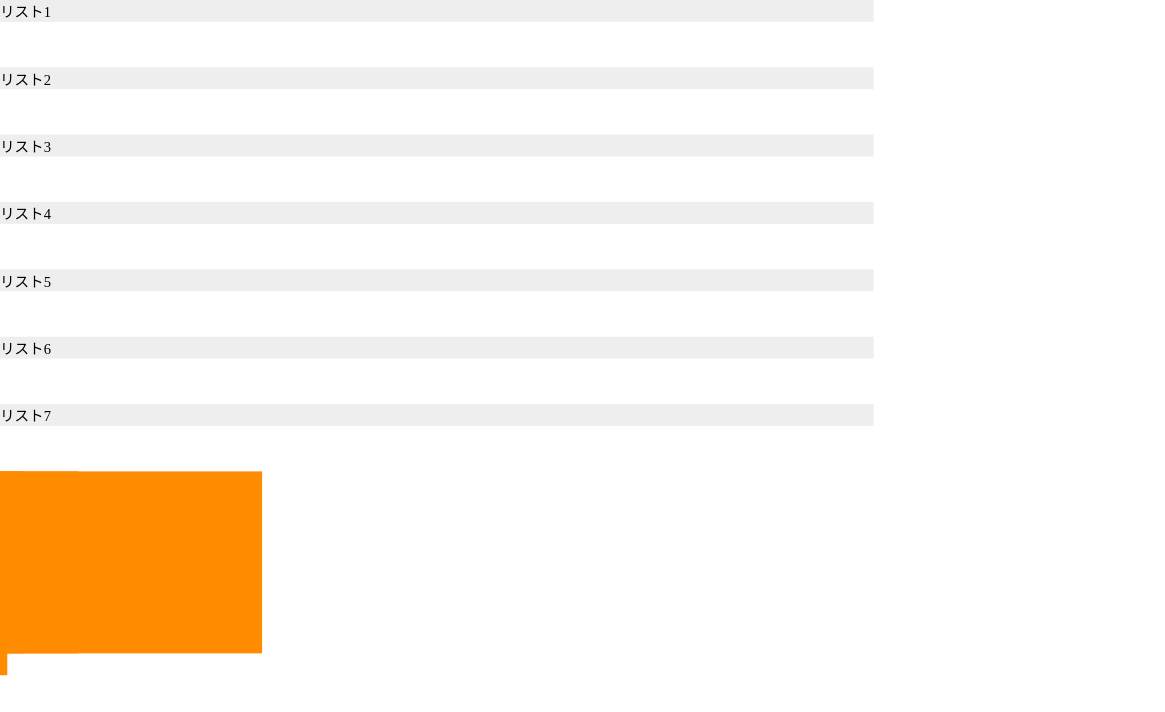
Repository: ayakodesu/html-practice
Page: chapter8_exercise/chapter8.html
The author's editor kept a record of every edit. The page is drawn from the files as they stood at one moment, then again after the next edit.
The browser window is 1280 px wide. The pictures show the whole page, at 91% of full size.

Above is the page before.

After the next edit:
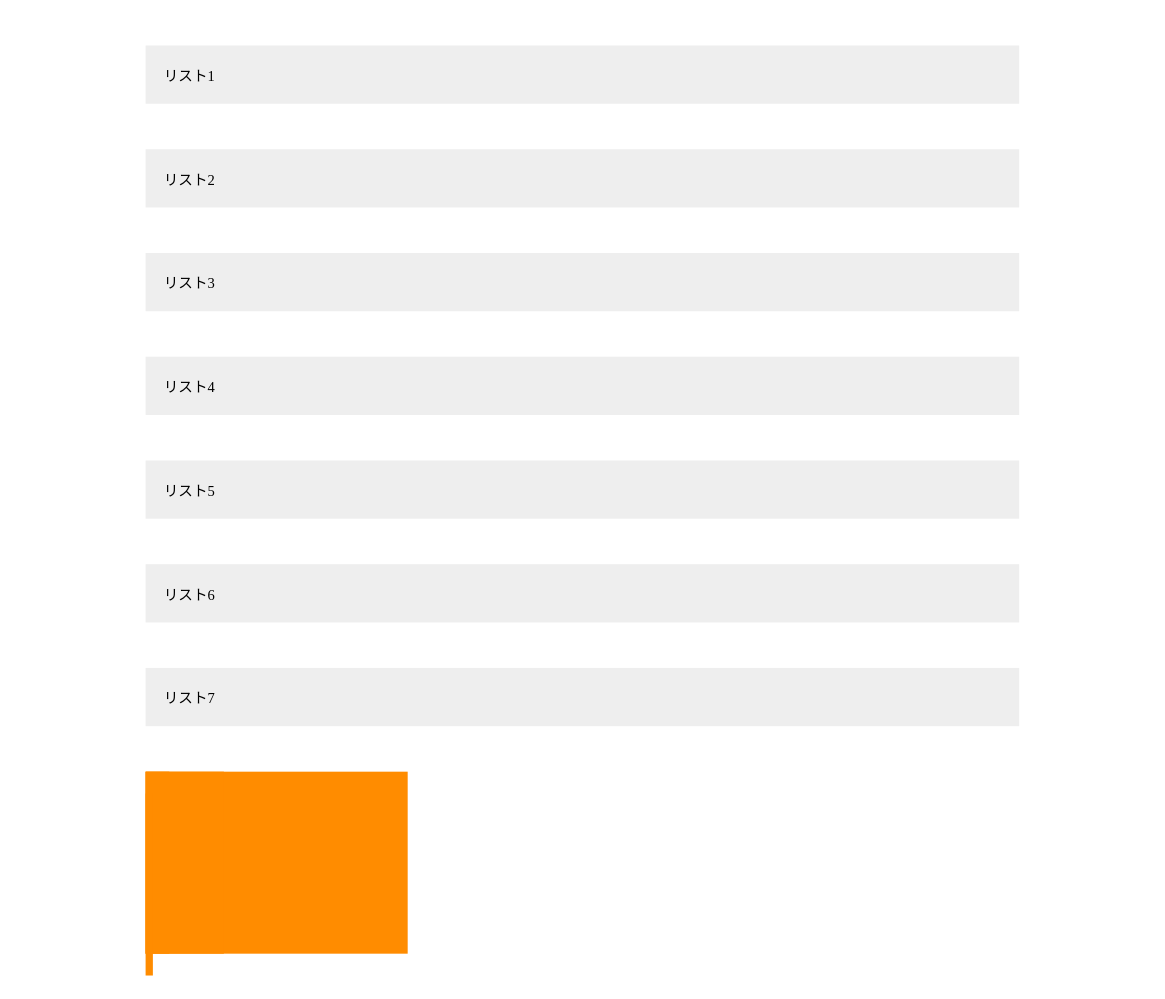
The edit:
--- a/chapter8_exercise/chapter8.css
+++ b/chapter8_exercise/chapter8.css
@@ -6,15 +6,20 @@
 
 main {
   width: 960px;
-  height: 50px auto;
+  margin: 50px auto;
 }
 
 .item-list {
   margin-bottom: 50px;
 }
 
+.item {
+  padding: 20px;
+  list-style: none;
+}
+
 .item:nth-child(odd) {
-  background-color: #eee;
+    background-color: #eee;
 }
 
 .box-list {
@@ -40,6 +45,6 @@
   margin-right: 0;
 }
 
-.box:nth-last-child(-n + 3)　{
+.box:nth-last-child(-n + 3) {
   margin-bottom: 0;
 }
